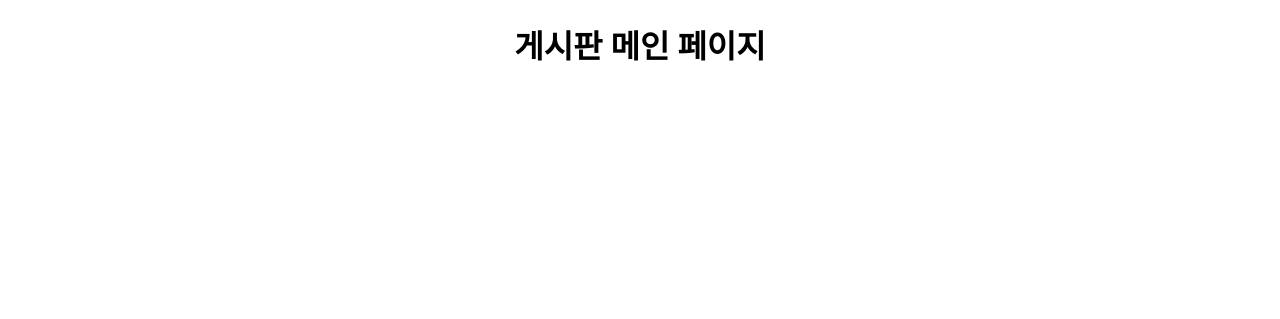
Repository: CDANIEL0123/Spring_Mybatis_test
Page: http://localhost/BoardWeb/
An editor plug-in stored every save of this project. The page is shown before and after the next save, followed by the edit.
The browser window is 1280 px wide. The pictures show the whole page.
The page is served by Tomcat 10. Other server files are loaded and not shown.

Above is the page before, as saved 2025-05-21 02:20:33.

### BoardWeb/src/main/webapp/index.jsp
<%@page contentType="text/html; charset=UTF-8"%>
<!DOCTYPE html PUBLIC "-//W3C//DTD HTML 4.01 Transitional//EN" "http://www.w3.org/TR/html4/loose.dtd">
<html>
<head>
<meta http-equiv="Content-Type" content="text/html; charset=UTF-8">
<title>메인 페이지</title>
</head>

<body>
<center>
<h1>게시판 메인 페이지</h1>
</center>
</body>
</html>

After the next save:
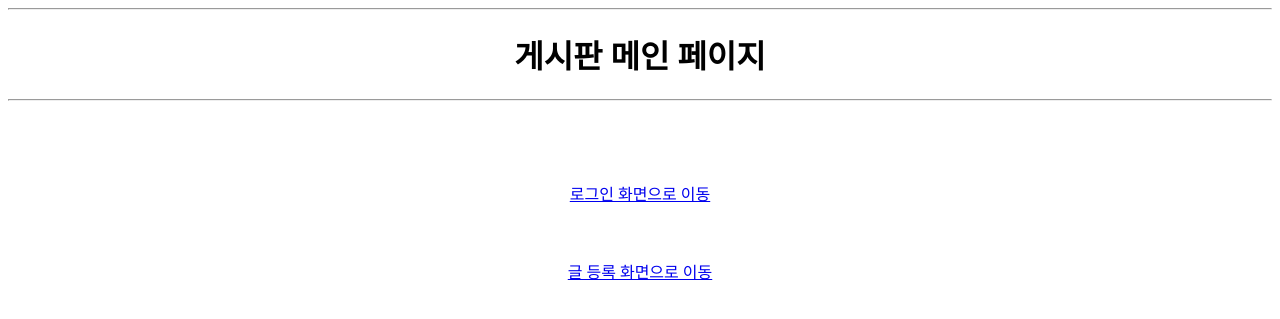
Saved 44 s later.
--- a/BoardWeb/src/main/webapp/index.jsp
+++ b/BoardWeb/src/main/webapp/index.jsp
@@ -8,7 +8,13 @@
 
 <body>
 <center>
+<hr>
 <h1>게시판 메인 페이지</h1>
+<hr>
+<br><br><br><br>
+<a href="login.jsp">로그인 화면으로 이동</a>
+<br><br><br><br>
+<a href="insertBoard.jsp">글 등록 화면으로 이동</a>
 </center>
 </body>
 </html>
